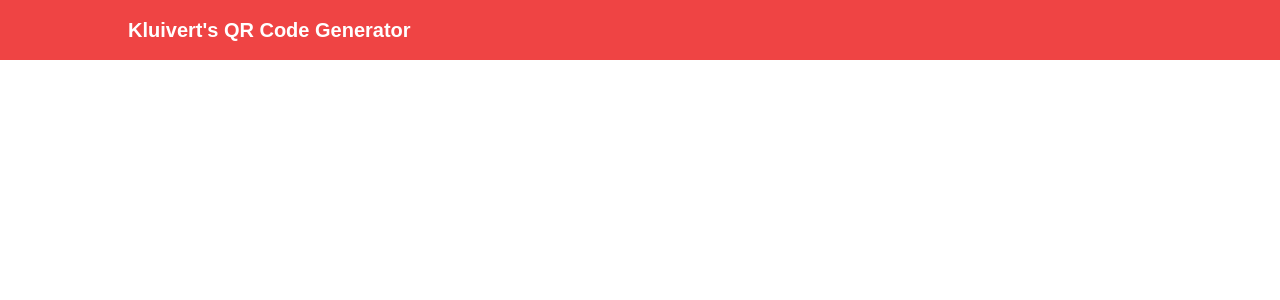
Repository: kluivert-ssali/QRcode-generator
Page: index.html
An editor plug-in stored every save of this project. The page is shown before and after the next save, followed by the edit.
The browser window is 1280 px wide. The pictures show the whole page.
Some web libraries are served in a nearby version.

Above is the page before, as saved 2022-09-01 21:42:17.
Not found: js/script.js

After the next save:
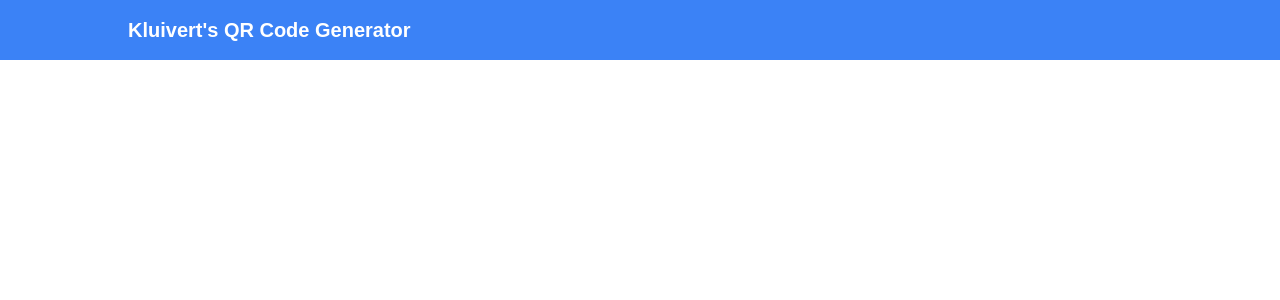
Saved 2 min 34 s later.
--- a/index.html
+++ b/index.html
@@ -26,7 +26,7 @@
     <title>QR code Generator</title>
   </head>
   <body>
-    <header class="bg-red-500 p-4 mb-10">
+    <header class="bg-blue-500 p-4 mb-10">
       <div class="max-w-5xl m-auto">
         <div class="text-xl font-bold text-white">
           Kluivert's QR Code Generator
